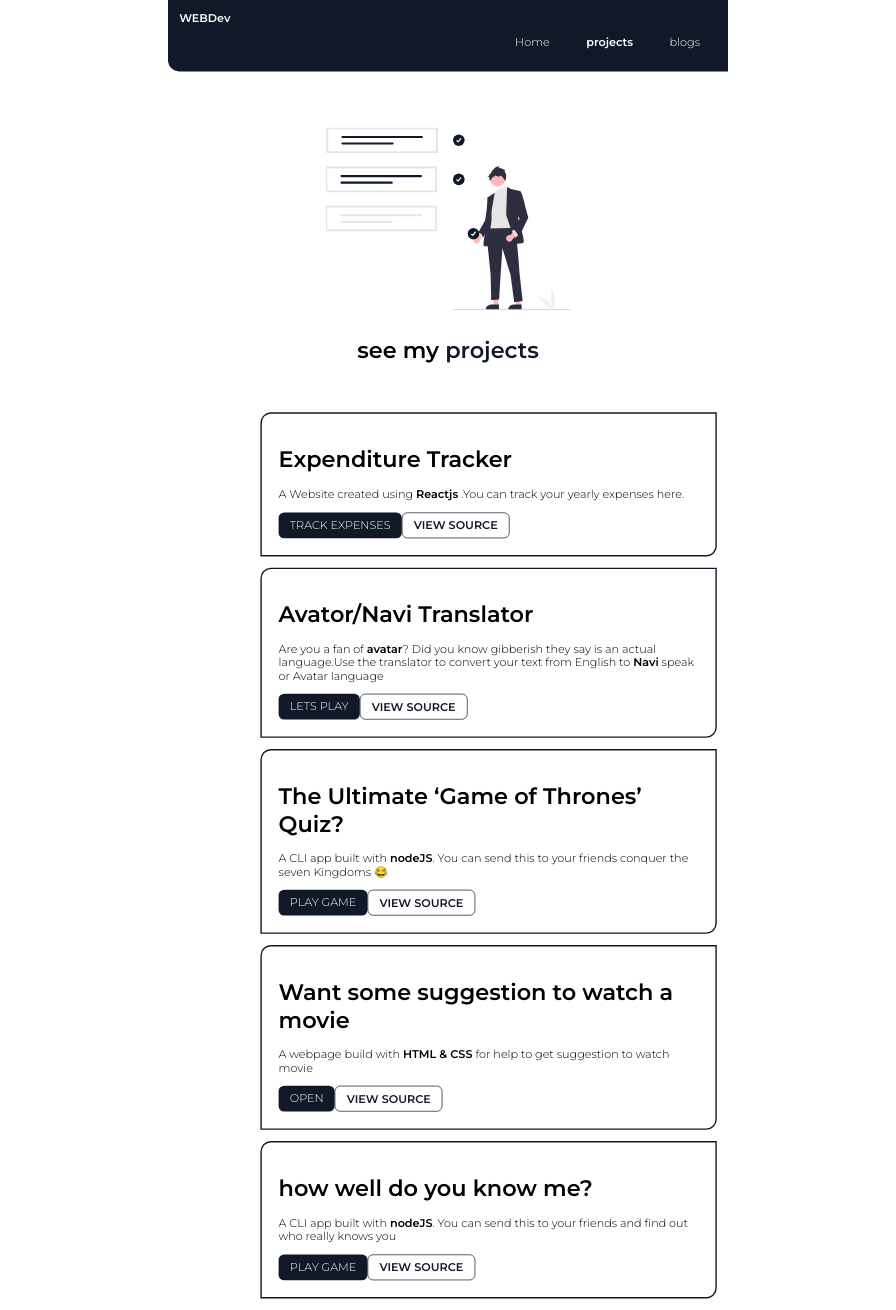
Repository: sohan2503001/Portfolio
Page: projects.html
An editor plug-in stored every save of this project. The page is shown before and after a run of saves, followed by the edit.
The browser window is 1280 px wide. The pictures show the whole page, at 70% of full size.

Above is the page before, as saved 2021-05-11 18:25:39.

After the next 2 saves:
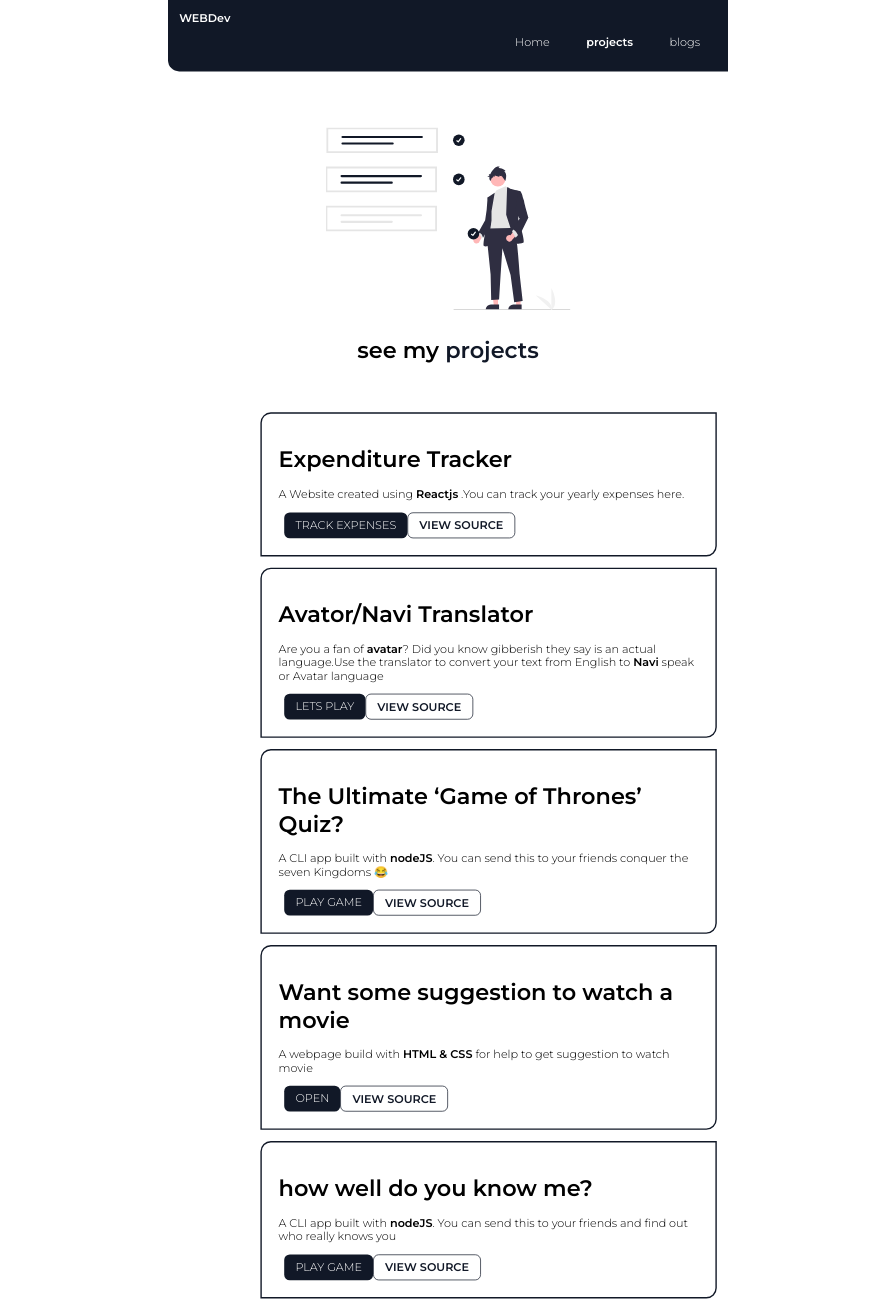
The 2 saves are shown as one change because they came seconds apart.
The last was saved 8 s later.
--- a/style.css
+++ b/style.css
@@ -162,5 +162,5 @@
 
 .link-button{
     display: flex;
-    margin
+    margin-left: 0.5rem;
 }

After the save that followed:
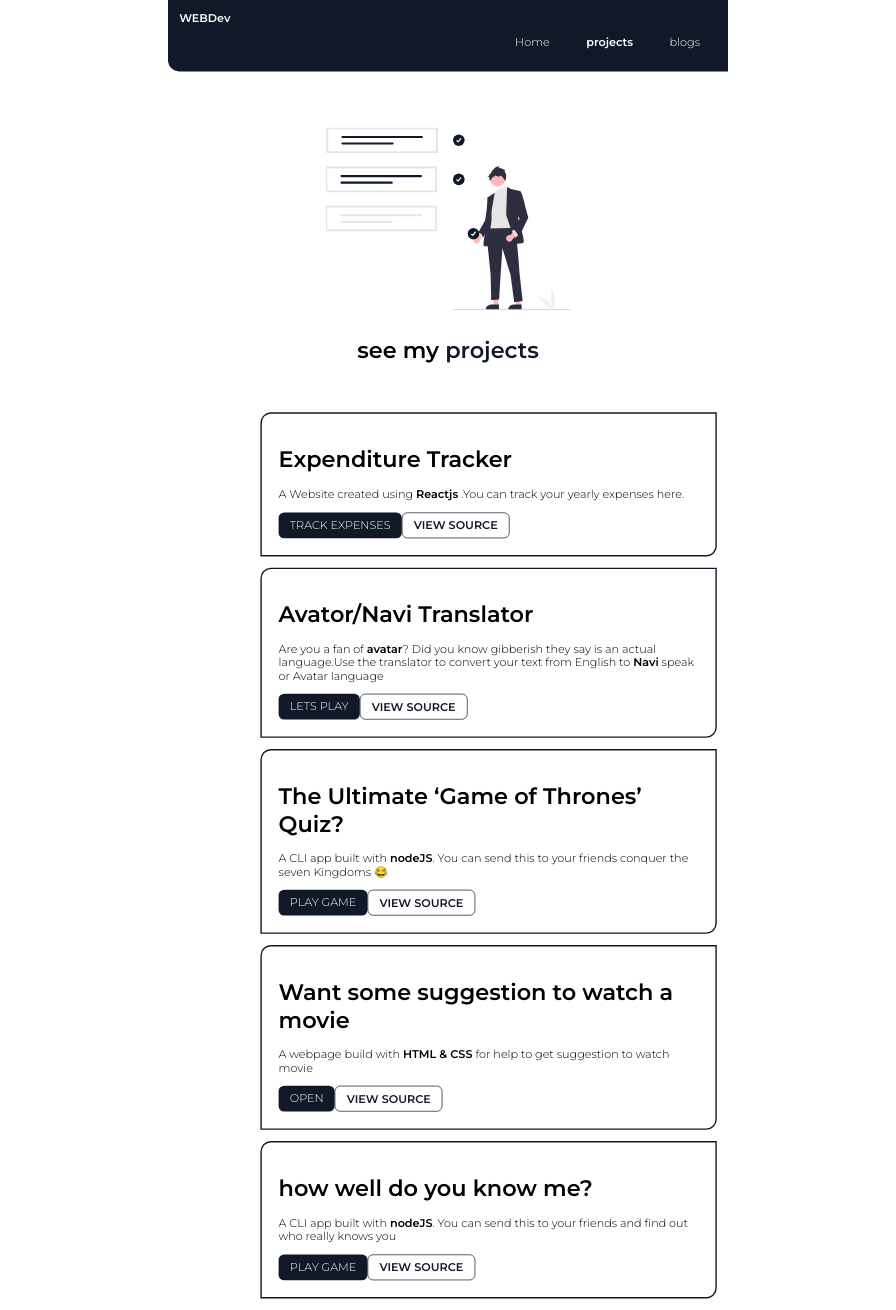
Saved 15 s later.
--- a/style.css
+++ b/style.css
@@ -162,5 +162,4 @@
 
 .link-button{
     display: flex;
-    margin-left: 0.5rem;
 }
